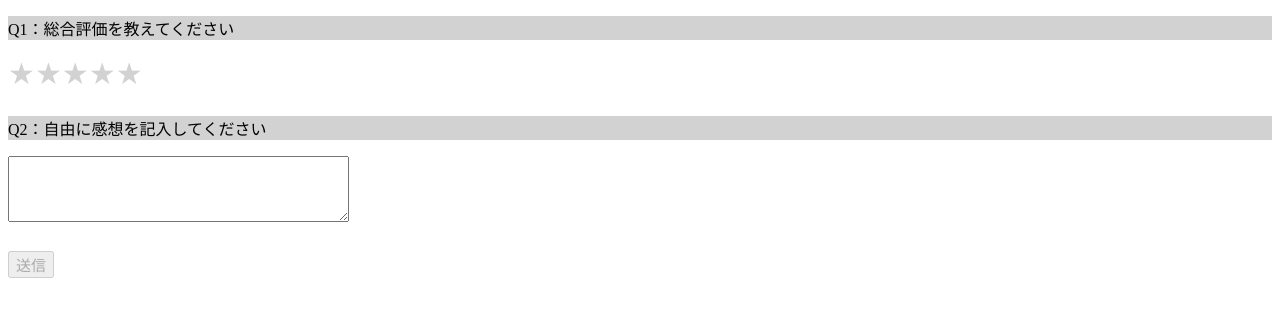
Repository: mikumiura/intern-chatbot
Page: templates/first-page.html
The author's editor kept a copy of each file at every save. The page is drawn from the files as they stood at one save, then again after the next save.
The browser window is 1280 px wide. The pictures show the whole page.

Above is the page before, as saved 2022-08-24 05:13:41.

After the next save:
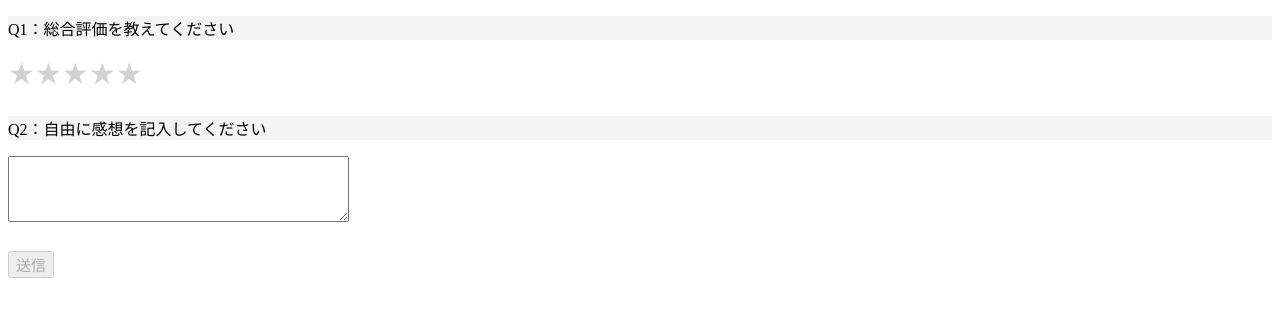
Saved 2 min 46 s later.
--- a/static/style.css
+++ b/static/style.css
@@ -31,5 +31,5 @@
 }
 
 .bgc {
-    background-color: #d2d2d2;
+    background-color: #f4f4f4;
 }

After the save that followed:
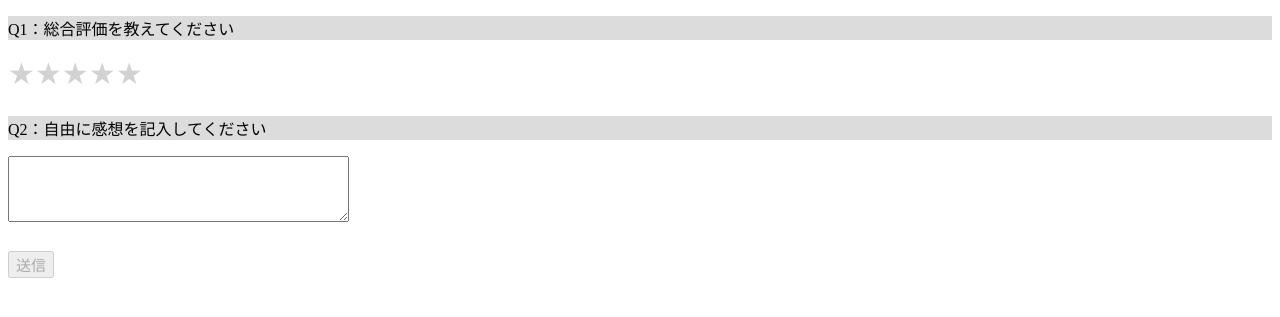
Saved 45 s later.
--- a/static/style.css
+++ b/static/style.css
@@ -31,5 +31,5 @@
 }
 
 .bgc {
-    background-color: #f4f4f4;
+    background-color: #dcdcdc;
 }
